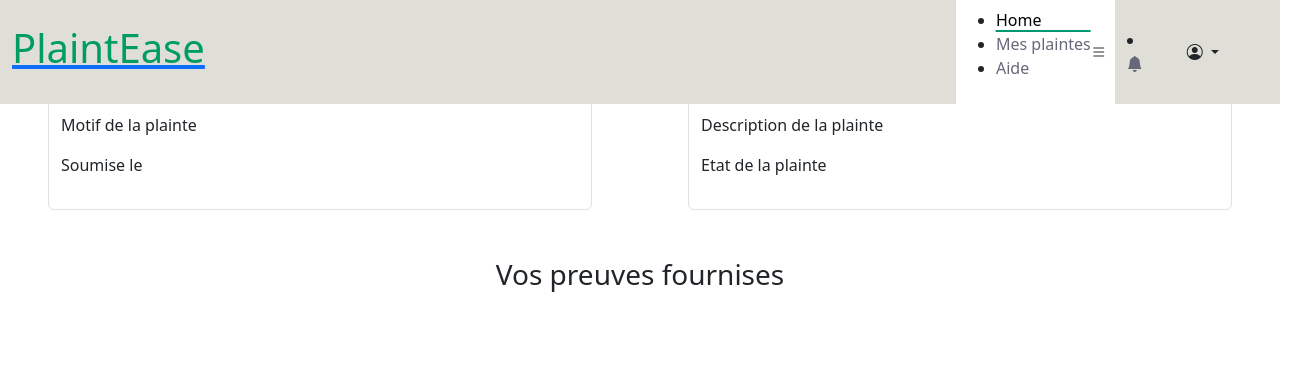
Repository: Senare1/PlaintEasy
Page: complaints/templates/complaints/plaint_detail.html
The author's editor kept a copy of each file at every save. The page is drawn from the files as they stood at one save, then again after the next save.
The browser window is 1280 px wide. The page is 1292 px wide, so the pictures cover 1292 px, including what lies to the right of the window. The pictures show the whole page.
Some web libraries are served in a nearby version. The template is drawn by Django 4.2. The application's start-up code is not run. Other server files are loaded and not shown. The template is opened directly, without the code that normally fills it, so the values that code supplies are empty.

Above is the page before, as saved 2024-08-11 08:20:01.
Console error: ReferenceError: Swiper is not defined

### complaints/templates/complaints/plaint_detail.html
{% load static %}
<!DOCTYPE html>
<html lang="en">

<head>
  <meta charset="utf-8">
  <meta content="width=device-width, initial-scale=1.0" name="viewport">

  <title>Mes plaintes</title>
  <meta content="" name="description">
  <meta content="" name="keywords">

  <!-- Vendor CSS Files -->
  <link href="https://cdn.jsdelivr.net/npm/bootstrap@5.3.3/dist/css/bootstrap.min.css" rel="stylesheet" integrity="sha384-QWTKZyjpPEjISv5WaRU9OFeRpok6YctnYmDr5pNlyT2bRjXh0JMhjY6hW+ALEwIH" crossorigin="anonymous">
  <link href="https://cdnjs.cloudflare.com/ajax/libs/font-awesome/6.1.1/css/all.min.css" rel="stylesheet">
  <link rel="stylesheet" href="https://cdnjs.cloudflare.com/ajax/libs/bootstrap-icons/1.10.0/font/bootstrap-icons.min.css">
  <link rel="stylesheet" href="https://cdnjs.cloudflare.com/ajax/libs/font-awesome/5.15.3/css/all.min.css" />
  <style>
    tr.clickable-row {
        cursor: pointer;
    }

    tr.clickable-row:hover {
        background-color: #f5f5f5;
    }
</style>

  <!-- Template Main CSS File -->
  <link href="{% static 'complaints/css/style.css' %}" rel="stylesheet">

</head>
<!-- ======= Header ======= -->


<body>

  <!-- ======= Header ======= -->
  <header id="header" class="fixed-top d-flex align-items-center" style="background-color:rgb(223, 223, 216);">
    <div class="container d-flex align-items-center justify-content-between">

      <div class="logo">
        <h1><a href="{% url 'home' %}"><span style="color: #009d63;">PlaintEase</span></a></h1>
        <!-- Uncomment below if you prefer to use an image logo -->
        <!-- <a href="index.html"><img src="assets/img/logo.png" alt="" class="img-fluid"></a>-->
      </div>

      <nav id="navbar" class="navbar">
        <ul>
          <li><a class="nav-link scrollto active" href="{% url 'home' %}">Home</a></li>
          <li><a class="nav-link scrollto" href="{% url 'my_plaints' %}">Mes plaintes</a></li>
          <li><a class="nav-link scrollto" href="{% url 'help' %}">Aide</a></li>
        </ul>
        <i class="bi bi-list mobile-nav-toggle"></i>
      </nav>
    </div>

    <li class="nav-item notification-icon">
          <a class="nav-link" href="#" id="MYResponses" data-toggle="modal" data-target="#infoModal">
              <i class="bi bi-bell-fill"></i>
              <span class="badge">{{number}}</span>
          </a>
      </li>

  <div class="dropdown me-5 ms-4">

    <button class="btn  dropdown-toggle " type="button" data-bs-toggle="dropdown" aria-expanded="false">
      <i class="bi bi-person-circle "></i>
    </button>
    <ul class="dropdown-menu">
      <!-- <li><a class="dropdown-item" href="#">Profile</a></li> -->
      <li><a class="dropdown-item text-danger" href="{% url 'logout' %}"><i class="fas fa-power-off"></i>Logout</a></li>
    </ul>
  </div>
    <!-- <button type="button" class="btn"><a class="getstarted scrollto" href="">Logout</a></button> -->

  </header><!-- End Header -->

<div class="row mx-auto my-5">
    <div class="col mx-5 border rounded mt-5 py-3 ">
        <p>Motif de la plainte</p>
        <div class="ms-2">{{ complaint.motif }}</div>
        <p>Soumise le {{ complaint.incident_date }}</p>
    </div>
    <div class="col mx-5 border rounded mt-5 py-3">
        <p>Description de la plainte</p>
        <div class="ms-3">{{ complaint.motif }}</div>
        <p>Etat de la plainte</p>
        <span class="text-info">{{ complaint.get_status_display }}</span>
    </div>
</div>

<div class="row">
    <h3 class="text-center">Vos preuves fournises</h3>
</div>

  <!---------les scripts js-->
  <script src="https://cdn.jsdelivr.net/npm/bootstrap@5.3.3/dist/js/bootstrap.bundle.min.js" integrity="sha384-YvpcrYf0tY3lHB60NNkmXc5s9fDVZLESaAA55NDzOxhy9GkcIdslK1eN7N6jIeHz" crossorigin="anonymous"></script>
  <script src="{% static 'complaints/js/main.js' %}"></script>

</body>

</html>

### complaints/static/complaints/css/style.css
.navbar{
    background-color: #fff;
    /*height: 80px;*/
    font-size: 16px;
    /*margin: 20px;
    border-radius: 40px;*/
    padding: 0.5rem;
}


.navbar-brand{
    color: #009970;
    font-weight: 500;
    font-size: 24px;
    transition: 0.3s color;
}
.logout-button{
    background-color: #990000;
    font-size: 14px;
    color: #fff;
    padding: 8px 20px;
    border-radius: 50px;
    text-decoration: none;
    transition: 0.3s background-color;
}

.logout-button:hover{
    background-color: #990000;
}

.navbar-toggler{
    border: none;
    font-size: 1.25rem;
}
.navbar-toggler:focus,.btn-close:focus{
    box-shadow: none;
    outline: none;
}

.nav-link{
    color: #666777;
    font-weight: 500;
    position: relative;
}

.nav-link:hover,.nav-link.active{
    color: #000;
}
@media(min-width:991px){
    .nav-link::before{
        content: "";
        position: absolute;
        bottom: 0;
        left: 50%;
        transform: translateX(-50%);
        width: 0;
        height: 2px;
        background-color: #009970;
        visibility: hidden;
        transition: 0.3s ease-in-out;
    }

    .nav-link:hover::before,.nav-link.nav-link.active::before{
        width: 100%;
        visibility: visible;
    }
}

.hero-section{
    background : url(../image/law.jpeg) no-repeat center;
    background-size: cover;
    width: 100%;
    height: 100vh;
    padding-top: 50px;
}

/* Contrôle de la barre de recherche*/
.search-form {
    border-radius: .10rem;
    padding: 0.3rem;
}
.search-input {
    border: none;
    box-shadow: none;
}
.search-input:focus {
    border: none;
    box-shadow: none;
    outline: none;
}
.search-button {
    border: none;
    box-shadow: none;
}
.search-button:focus {
    outline: none;
}

/* End footer*/

/* Start footer*/

.footer {
    background-color: #f8f9fa;
    padding: 2rem 0;
    border-top: 1px solid #e9ecef;
}
.footer a {
    color: #6c757d;
    text-decoration: none;
}
.footer a:hover {
    text-decoration: underline;
}
.social-icons a {
    margin: 0 0.5rem;
    color: #6c757d;
}
.social-icons a:hover {
    color: #495057;
}


/* End footer*/

### complaints/static/complaints/js/main.js
/**
* Template Name: Vesperr - v4.10.0
* Template URL: https://bootstrapmade.com/vesperr-free-bootstrap-template/
* Author: BootstrapMade.com
* License: https://bootstrapmade.com/license/
*/
(function() {
  "use strict";

  /**
   * Easy selector helper function
   */
  const select = (el, all = false) => {
    el = el.trim()
    if (all) {
      return [...document.querySelectorAll(el)]
    } else {
      return document.querySelector(el)
    }
  }

  /**
   * Easy event listener function
   */
  const on = (type, el, listener, all = false) => {
    let selectEl = select(el, all)
    if (selectEl) {
      if (all) {
        selectEl.forEach(e => e.addEventListener(type, listener))
      } else {
        selectEl.addEventListener(type, listener)
      }
    }
  }

  /**
   * Easy on scroll event listener
   */
  const onscroll = (el, listener) => {
    el.addEventListener('scroll', listener)
  }

  /**
   * Navbar links active state on scroll
   */
  let navbarlinks = select('#navbar .scrollto', true)
  const navbarlinksActive = () => {
    let position = window.scrollY + 200
    navbarlinks.forEach(navbarlink => {
      if (!navbarlink.hash) return
      let section = select(navbarlink.hash)
      if (!section) return
      if (position >= section.offsetTop && position <= (section.offsetTop + section.offsetHeight)) {
        navbarlink.classList.add('active')
      } else {
        navbarlink.classList.remove('active')
      }
    })
  }
  window.addEventListener('load', navbarlinksActive)
  onscroll(document, navbarlinksActive)

  /**
   * Scrolls to an element with header offset
   */
  const scrollto = (el) => {
    let header = select('#header')
    let offset = header.offsetHeight

    if (!header.classList.contains('header-scrolled')) {
      offset -= 20
    }

    let elementPos = select(el).offsetTop
    window.scrollTo({
      top: elementPos - offset,
      behavior: 'smooth'
    })
  }

  /**
   * Toggle .header-scrolled class to #header when page is scrolled
   */
  let selectHeader = select('#header')
  if (selectHeader) {
    const headerScrolled = () => {
      if (window.scrollY > 100) {
        selectHeader.classList.add('header-scrolled')
      } else {
        selectHeader.classList.remove('header-scrolled')
      }
    }
    window.addEventListener('load', headerScrolled)
    onscroll(document, headerScrolled)
  }

  /**
   * Back to top button
   */
  let backtotop = select('.back-to-top')
  if (backtotop) {
    const toggleBacktotop = () => {
      if (window.scrollY > 100) {
        backtotop.classList.add('active')
      } else {
        backtotop.classList.remove('active')
      }
    }
    window.addEventListener('load', toggleBacktotop)
    onscroll(document, toggleBacktotop)
  }

  /**
   * Mobile nav toggle
   */
  on('click', '.mobile-nav-toggle', function(e) {
    select('#navbar').classList.toggle('navbar-mobile')
    this.classList.toggle('bi-list')
    this.classList.toggle('bi-x')
  })

  /**
   * Mobile nav dropdowns activate
   */
  on('click', '.navbar .dropdown > a', function(e) {
    if (select('#navbar').classList.contains('navbar-mobile')) {
      e.preventDefault()
      this.nextElementSibling.classList.toggle('dropdown-active')
    }
  }, true)

  /**
   * Scrool with ofset on links with a class name .scrollto
   */
  on('click', '.scrollto', function(e) {
    if (select(this.hash)) {
      e.preventDefault()

      let navbar = select('#navbar')
      if (navbar.classList.contains('navbar-mobile')) {
        navbar.classList.remove('navbar-mobile')
        let navbarToggle = select('.mobile-nav-toggle')
        navbarToggle.classList.toggle('bi-list')
        navbarToggle.classList.toggle('bi-x')
      }
      scrollto(this.hash)
    }
  }, true)

  /**
   * Scroll with ofset on page load with hash links in the url
   */
  window.addEventListener('load', () => {
    if (window.location.hash) {
      if (select(window.location.hash)) {
        scrollto(window.location.hash)
      }
    }
  });

  /**
   * Testimonials slider
   */
  new Swiper('.testimonials-slider', {
    speed: 600,
    loop: true,
    autoplay: {
      delay: 5000,
      disableOnInteraction: false
    },
    slidesPerView: 'auto',
    pagination: {
      el: '.swiper-pagination',
      type: 'bullets',
      clickable: true
    },
    breakpoints: {
      320: {
        slidesPerView: 1,
        spaceBetween: 20
      },

      1200: {
        slidesPerView: 2,
        spaceBetween: 20
      }
    }
  });

  /**
   * Porfolio isotope and filter
   */
  window.addEventListener('load', () => {
    let portfolioContainer = select('.portfolio-container');
    if (portfolioContainer) {
      let portfolioIsotope = new Isotope(portfolioContainer, {
        itemSelector: '.portfolio-item',
        layoutMode: 'fitRows'
      });

      let portfolioFilters = select('#portfolio-flters li', true);

      on('click', '#portfolio-flters li', function(e) {
        e.preventDefault();
        portfolioFilters.forEach(function(el) {
          el.classList.remove('filter-active');
        });
        this.classList.add('filter-active');

        portfolioIsotope.arrange({
          filter: this.getAttribute('data-filter')
        });
        portfolioIsotope.on('arrangeComplete', function() {
          AOS.refresh()
        });
      }, true);
    }

  });

  /**
   * Initiate portfolio lightbox
   */
  const portfolioLightbox = GLightbox({
    selector: '.portfolio-lightbox'
  });

  /**
   * Portfolio details slider
   */
  new Swiper('.portfolio-details-slider', {
    speed: 400,
    loop: true,
    autoplay: {
      delay: 5000,
      disableOnInteraction: false
    },
    pagination: {
      el: '.swiper-pagination',
      type: 'bullets',
      clickable: true
    }
  });

  /**
   * Animation on scroll
   */
  window.addEventListener('load', () => {
    AOS.init({
      duration: 1000,
      easing: 'ease-in-out',
      once: true,
      mirror: false
    })
  });

  /**
   * Initiate Pure Counter
   */
  new PureCounter();

})()



// script.js

const carouselItems = document.querySelectorAll('.carousel-item');
let index = 0;

function showImage(index) {
    carouselItems.forEach((item, i) => {
        item.classList.remove('active');
        item.style.animation = ''; // Réinitialise l'animation
        if (i === index) {
            item.classList.add('active');
            item.style.animation = 'fadeIn 1s ease-in-out'; // Animation d'entrée
        }
    });
}

function nextImage() {
    carouselItems[index].style.animation = 'fadeOut 1s ease-in-out'; // Animation de sortie
    index = (index + 1) % carouselItems.length;
    showImage(index);
}

// Initial setup
showImage(index);

// Automatic slide every 3 seconds
setInterval(nextImage, 3000); // Change image every 3 seconds

After the next save:
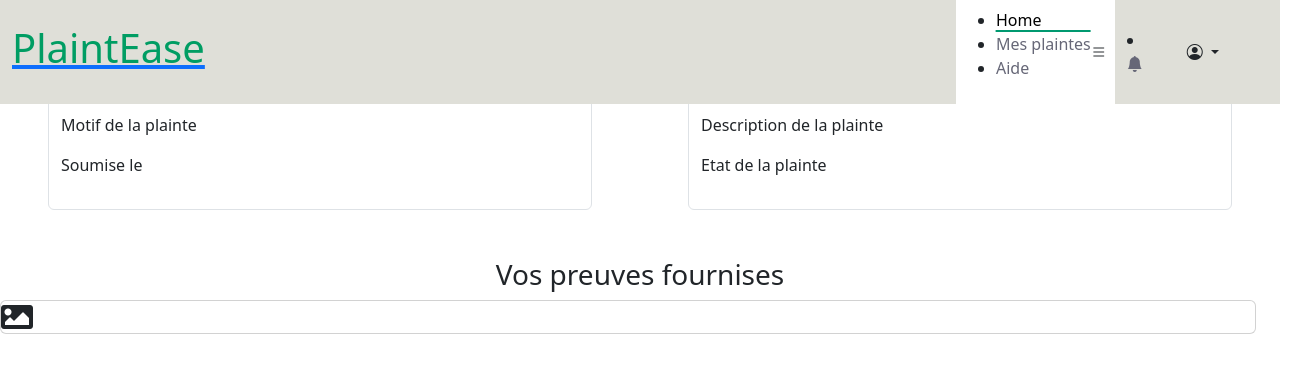
Saved 2 min 7 s later.
--- a/complaints/templates/complaints/plaint_detail.html
+++ b/complaints/templates/complaints/plaint_detail.html
@@ -91,6 +91,13 @@
 
 <div class="row">
     <h3 class="text-center">Vos preuves fournises</h3>
+    <div class="row">
+        <div class="col">
+            <div class="card">
+                <i class="fa fa-image fs-2"></i>
+            </div>
+        </div>
+    </div>
 </div>
 
   <!---------les scripts js-->
